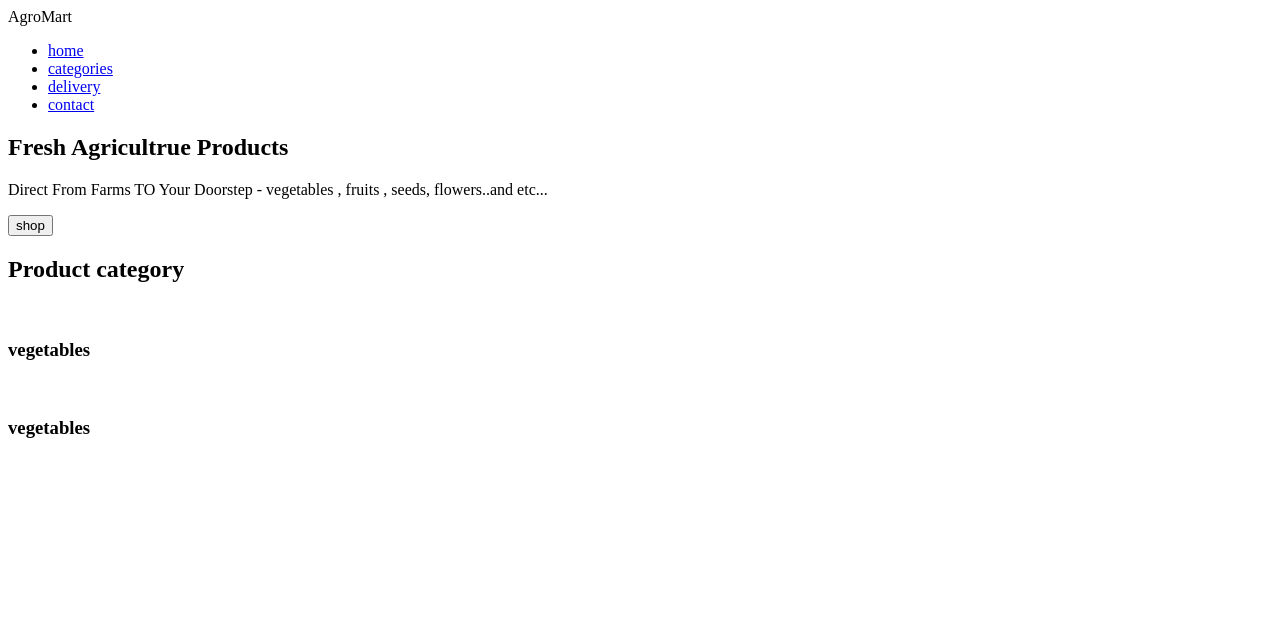
Repository: wingming07/Agro_mart
Page: index.html
The author's editor kept a copy of each file at every save. The page is drawn from the files as they stood at one save, then again after the next save.
The browser window is 1280 px wide. The pictures show the whole page.

Above is the page before, as saved 2025-06-09 14:38:11.

### index.html
<!DOCTYPE html>
<html lang="en">
<head>
    <meta charset="UTF-8">
    <meta name="viewport" content="width=device-width, initial-scale=1.0">
    <title>AgroMart- fresh from garden</title>
</head>
<body>
    <header>
        <nav class="navbar">
            <div class="logo">AgroMart</div>
                <ul class="nav-links">
                    <li><a href="#home">home</a></li>
                        <li><a href="#categories">categories</a></li>
                            <li><a href="#delivery">delivery</a></li>
                                <li><a href="#contact">contact</a></li>
                </ul>
        </nav>
    </header>
    <section id="home" class="hero">
        <div class="hero-content">
            <h1>Fresh Agricultrue Products</h1>
            <p>Direct From Farms TO Your Doorstep - vegetables , fruits , seeds, flowers..and etc...</p>
            <button type="button" onclick="scrollToSection('categories')">shop</button>
            </div>
        </section>
        <section id="categories" class="categories">
            <h2>Product category</h2>
            <div class="category-container">
                <div class="category-card">
                    <img src="" alt=""/>
                    <h3>vegetables<h3>
                </div>
                <div class="category-card">
                    <img src="" alt=""/>
                    <h3>vegetables<h3>
                </div>

            </div>
    </body>
</html>

After the next save:
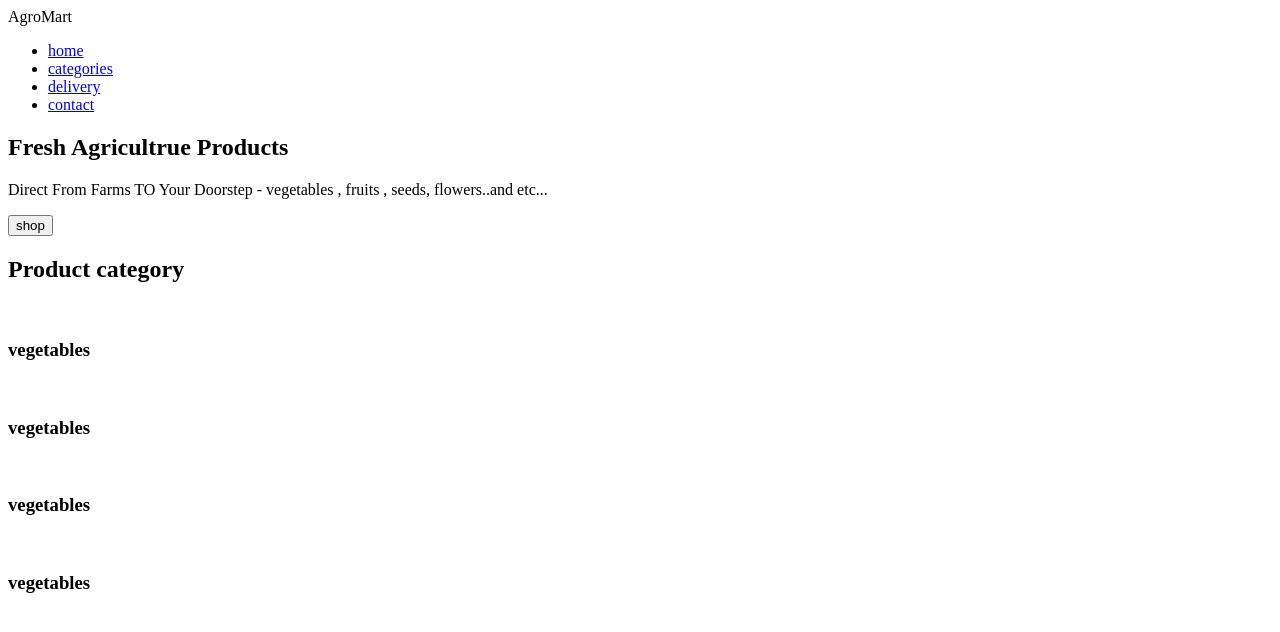
Saved 5 s later.
--- a/index.html
+++ b/index.html
@@ -35,7 +35,14 @@
                     <img src="" alt=""/>
                     <h3>vegetables<h3>
                 </div>
-
+                <div class="category-card">
+                    <img src="" alt=""/>
+                    <h3>vegetables<h3>
+                </div>
+                <div class="category-card">
+                    <img src="" alt=""/>
+                    <h3>vegetables<h3>
+                </div>
             </div>
     </body>
 </html>
